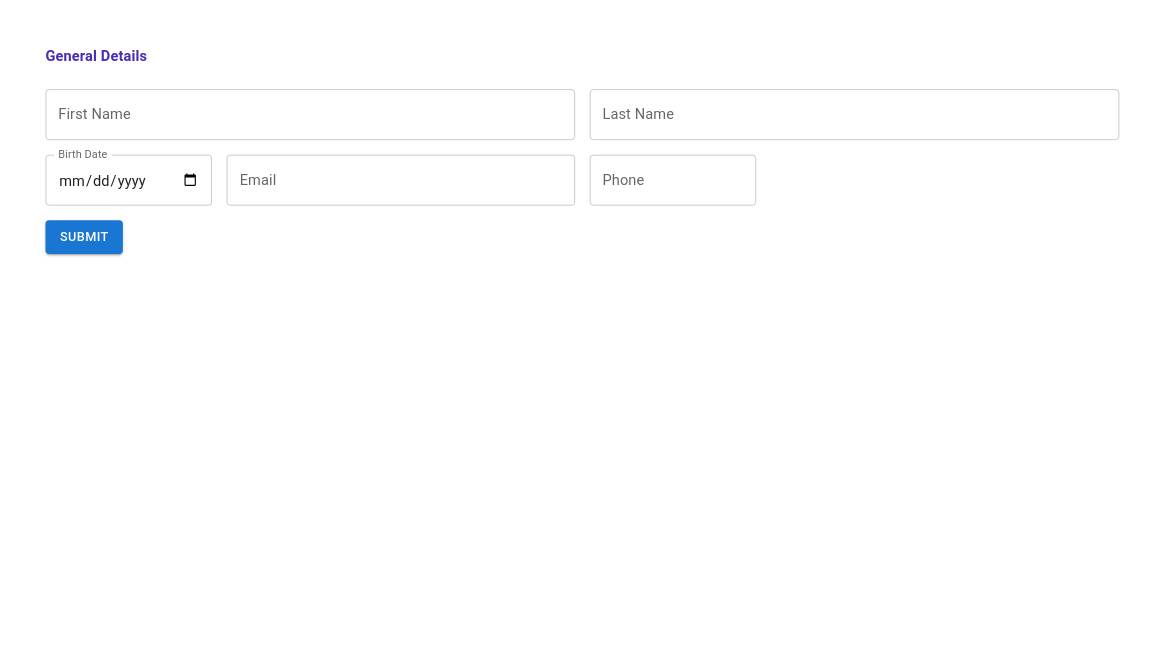
Repository: lenx0/front-client-manager
Page: /
An editor plug-in stored every save of this project. The page is shown before and after the next save, followed by the edit.
The browser window is 1280 px wide. The pictures show the whole page, at 91% of full size.
The project was rebuilt for these pictures with package versions that can differ from the ones it lists, and the page was loaded fresh each time. Also part of the build but not shown: vite.config.js, src/App.css.

Above is the page before, as saved 2024-06-25 11:32:40.

After the next save:
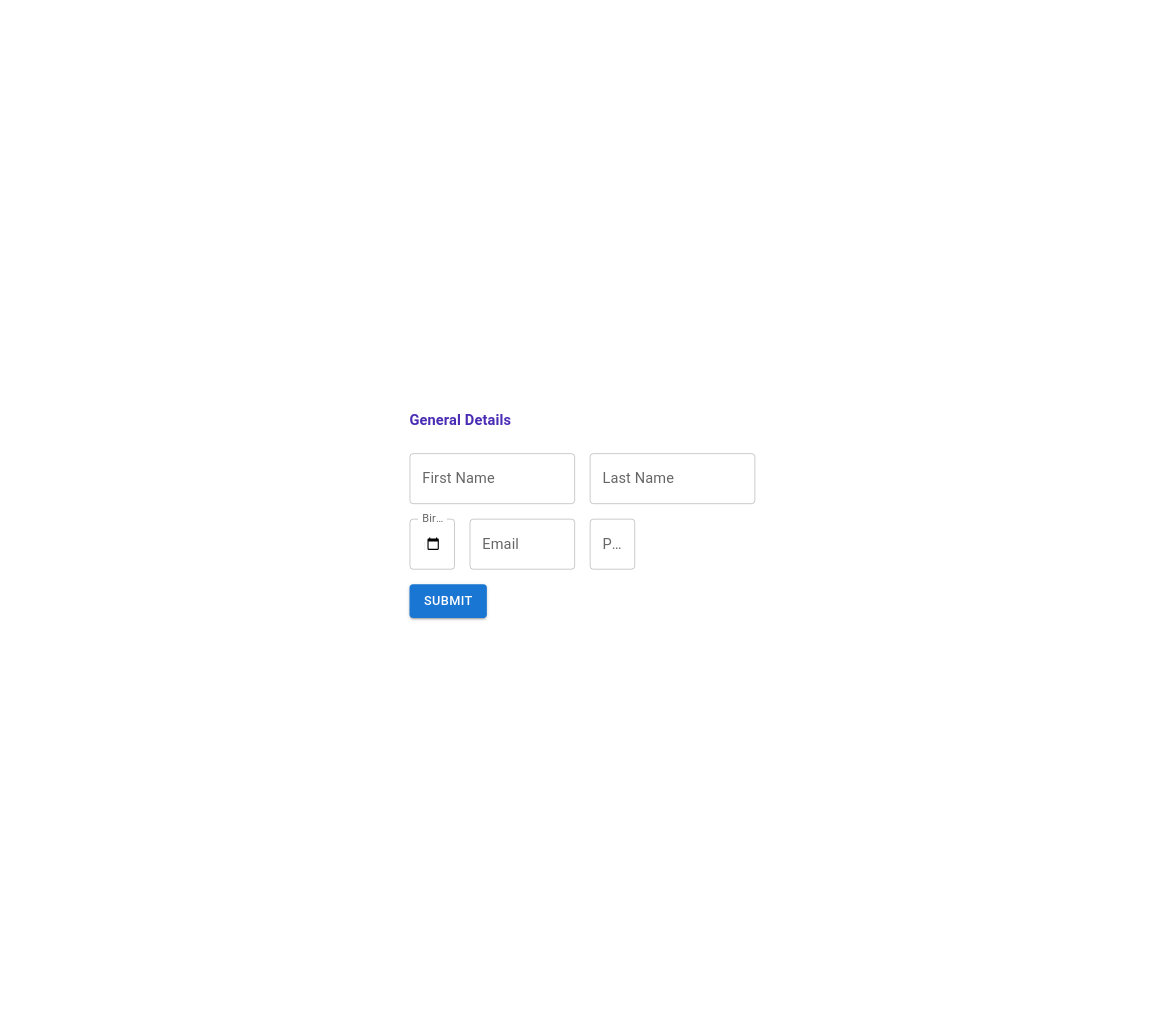
Saved 37 s later.
--- a/src/components/UserForm.jsx
+++ b/src/components/UserForm.jsx
@@ -18,7 +18,7 @@
   };
 
   return (
-    <Grid>
+    <Grid padding={50}>
       <Typography fontWeight={700} pb={3} color="#492cb3">
         General Details
       </Typography>

After the save that followed:
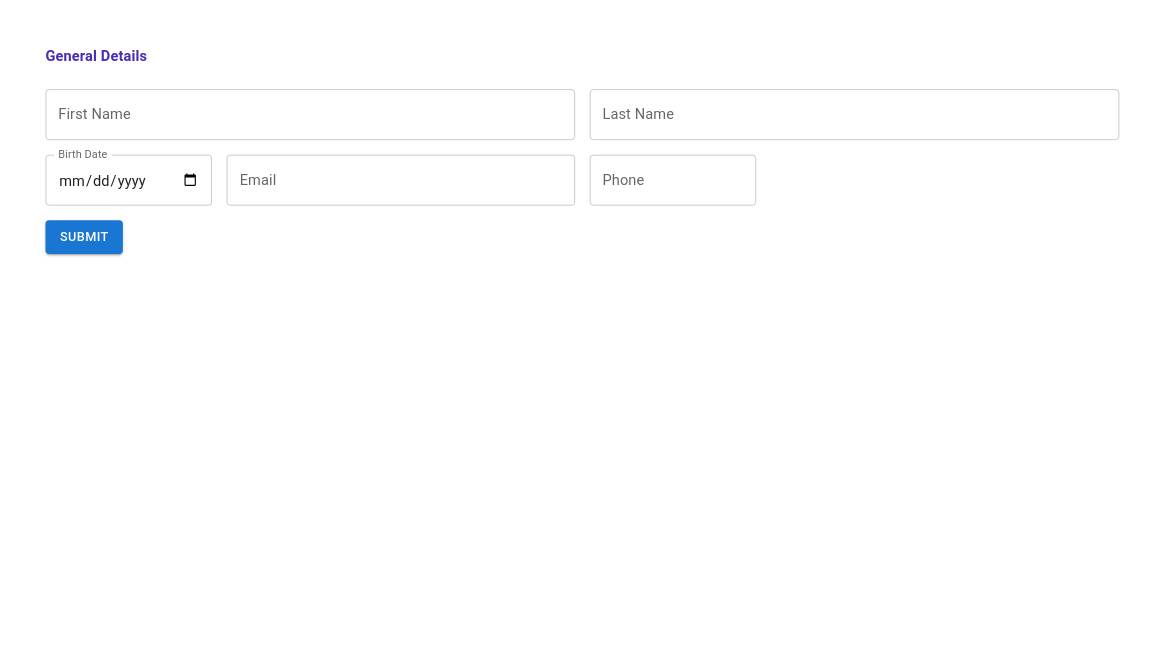
Saved 11 s later.
--- a/src/components/UserForm.jsx
+++ b/src/components/UserForm.jsx
@@ -18,7 +18,7 @@
   };
 
   return (
-    <Grid padding={50}>
+    <Grid>
       <Typography fontWeight={700} pb={3} color="#492cb3">
         General Details
       </Typography>
